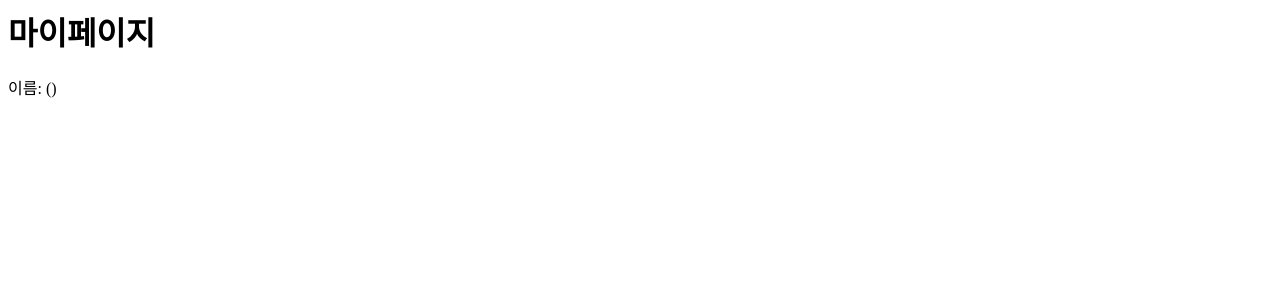
Repository: beirimo/jsp
Page: http://localhost/ex02_jsp_master_/user/mypage.jsp
An editor plug-in stored every save of this project. The page is shown before and after the next save, followed by the edit.
The browser window is 1280 px wide. The pictures show the whole page.
The page is served by Tomcat 9. Other server files are loaded and not shown.

Above is the page before, as saved 2024-04-30 03:46:05.

### ex02[jsp master]/src/main/webapp/user/mypage.jsp
<%@ page language="java" contentType="text/html; charset=UTF-8"
    pageEncoding="UTF-8"%>
<div class="row justify-content-center">
	<div class="col-10 col-md-8 col-lg-6">
		<h1>마이페이지</h1>
		<div class="card">
			<div class="card-body"></div>
			<div>이름: ${user.uname}(${user.uid})</div>
		</div>

	</div>
</div>

After the next save:
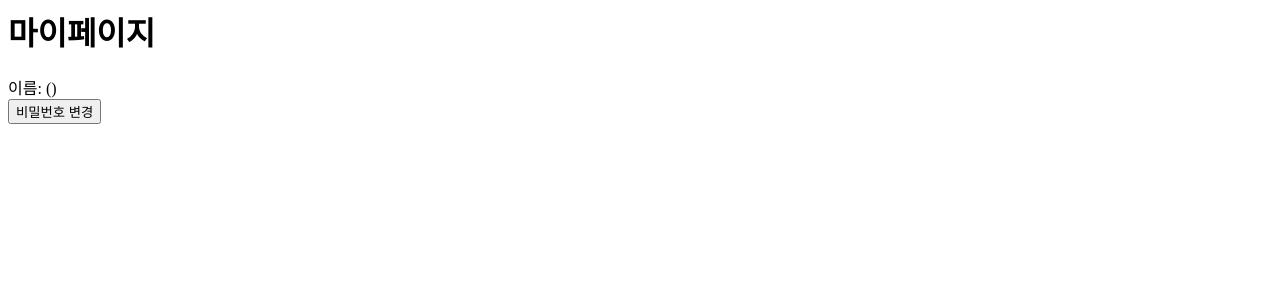
Saved 43 s later.
--- a/ex02[jsp master]/src/main/webapp/user/mypage.jsp
+++ b/ex02[jsp master]/src/main/webapp/user/mypage.jsp
@@ -6,6 +6,7 @@
 		<div class="card">
 			<div class="card-body"></div>
 			<div>이름: ${user.uname}(${user.uid})</div>
+			<button class="btn btn-info btn-sm">비밀번호 변경</button>
 		</div>
 
 	</div>
